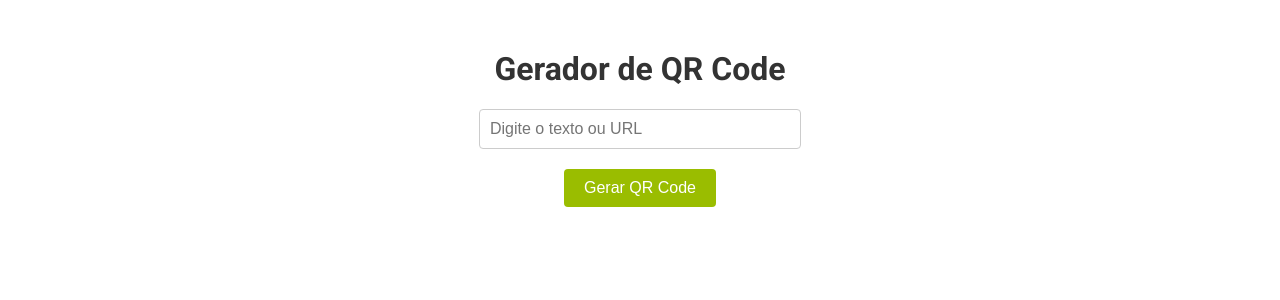
Repository: lenx0/QRCode-generator
Page: /
The author's editor kept a copy of each file at every save. The page is drawn from the files as they stood at one save, then again after the next save.
The browser window is 1280 px wide. The pictures show the whole page.
The project was rebuilt for these pictures with package versions that can differ from the ones it lists, and the page was loaded fresh each time. Also part of the build but not shown: vite.config.ts.

Above is the page before, as saved 2024-06-21 12:49:15.

### index.html
<!doctype html>
<html lang="en">
  <head>
    <meta charset="UTF-8" />
    <link rel="icon" type="image/svg+xml" href="/vite.svg" />
    <meta name="viewport" content="width=device-width, initial-scale=1.0" />
    <link href="https://fonts.googleapis.com/css2?family=Roboto:wght@400;700&display=swap" rel="stylesheet">

    <title>Vite + React + TS</title>
  </head>
  <body>
    <div id="root"></div>
    <script type="module" src="/src/main.tsx"></script>
  </body>
</html>

### src/App.tsx
import QRCode from "./QRCode"
import "./App.css"

function App() {
  return (
    <QRCode />
  )
}

export default App

### src/QRCode.tsx
import React, { useState, ChangeEvent } from 'react';
import QRCode from 'qrcode.react';

const QRCodeGenerator: React.FC = () => {
  const [inputText, setInputText] = useState<string>('');
  const [qrCodeValue, setQrCodeValue] = useState<string>('');

  const handleChange = (e: ChangeEvent<HTMLInputElement>) => {
    setInputText(e.target.value);
  };

  const generateQRCode = () => {
    setQrCodeValue(inputText);
  };

  return (
    <div style={{ textAlign: 'center', marginTop: '50px' }}>
      <h1>Gerador de QR Code</h1>
      <input
        type="text"
        value={inputText}
        onChange={handleChange}
        placeholder="Digite o texto ou URL"
        style={{ padding: '10px', width: '300px', marginBottom: '20px' }}
      />
      <br />
      <button onClick={generateQRCode} style={{ padding: '10px 20px', cursor: 'pointer' }}>
        Gerar QR Code
      </button>
      <div style={{ marginTop: '30px' }}>
        {qrCodeValue && <QRCode value={qrCodeValue} />}
      </div>
    </div>
  );
};

export default QRCodeGenerator;

### src/App.css
body {
  font-family: 'Roboto', sans-serif;
}

.App {
  display: flex;
  justify-content: center;
  align-items: center;
  height: 100vh;
  background-color: #f0f0f0;
}

h1 {
  color: #333;
}

input {
  font-size: 16px;
  border: 1px solid #ccc;
  border-radius: 4px;
}

button {
  font-size: 16px;
  border: none;
  border-radius: 4px;
  background-color: #9abd00;
  color: white;
}

button:hover {
  background-color: #0056b3;
}

Loaded but not shown: src/main.tsx (common file); src/index.css (common file)

After the next save:
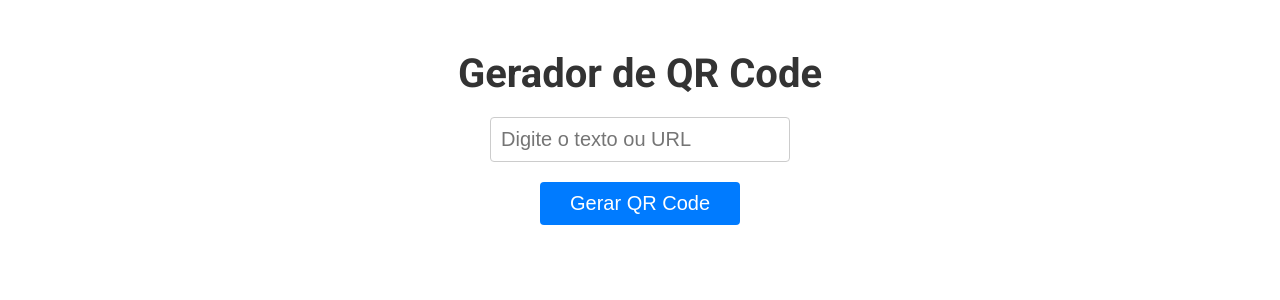
Saved 50 s later.
--- a/src/App.css
+++ b/src/App.css
@@ -3,31 +3,63 @@ body {
 }
 
 .App {
+  font-family: 'Roboto', sans-serif;
   display: flex;
   justify-content: center;
   align-items: center;
   height: 100vh;
   background-color: #f0f0f0;
+  padding: 20px;
+  box-sizing: border-box;
 }
 
 h1 {
   color: #333;
+  font-weight: 700;
+  font-size: 2em;
+  margin-bottom: 20px;
 }
 
 input {
-  font-size: 16px;
+  font-size: 1em;
   border: 1px solid #ccc;
   border-radius: 4px;
+  padding: 10px;
+  width: 100%;
+  max-width: 400px;
+  margin-bottom: 20px;
+  box-sizing: border-box;
 }
 
 button {
-  font-size: 16px;
+  font-size: 1em;
   border: none;
   border-radius: 4px;
-  background-color: #9abd00;
+  background-color: #007bff;
   color: white;
+  padding: 10px 20px;
+  cursor: pointer;
+  width: 100%;
+  max-width: 200px;
+  box-sizing: border-box;
 }
 
 button:hover {
   background-color: #0056b3;
 }
+
+@media (min-width: 768px) {
+  h1 {
+    font-size: 2.5em;
+  }
+
+  input {
+    font-size: 1.25em;
+    padding: 15px;
+  }
+
+  button {
+    font-size: 1.25em;
+    padding: 15px 30px;
+  }
+}
